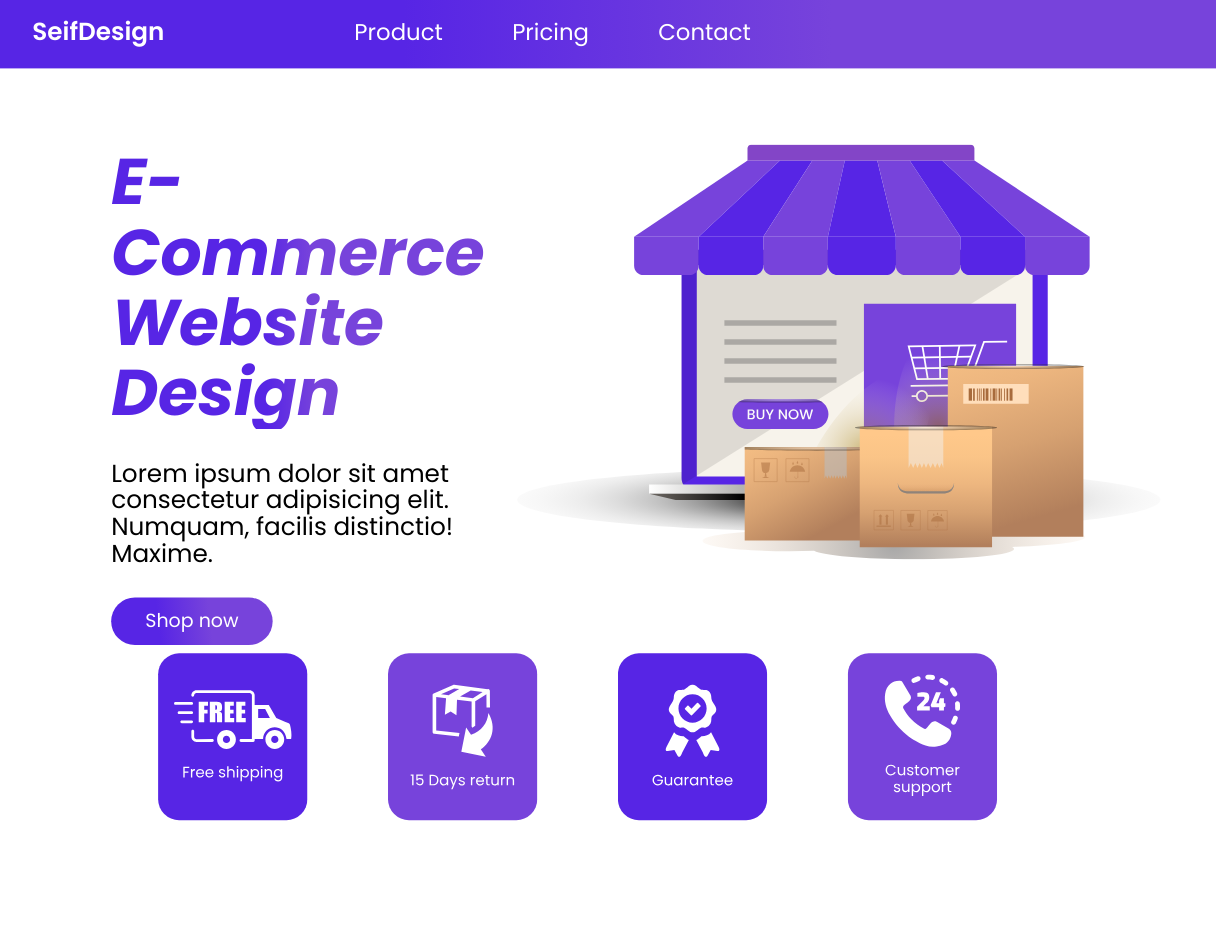
Repository: NatiqSamiyev/commers-desing-JS
Page: index.html
These files come from the project's save history. The page is drawn as it stood at one moment and after the next save; the edit follows.
The browser window is 1280 px wide. The pictures show the whole page, at 95% of full size.
Some web fonts or font styles are not loaded; a fallback is used.

Above is the page before, as saved 2023-11-06 11:36:43.

After the next save:
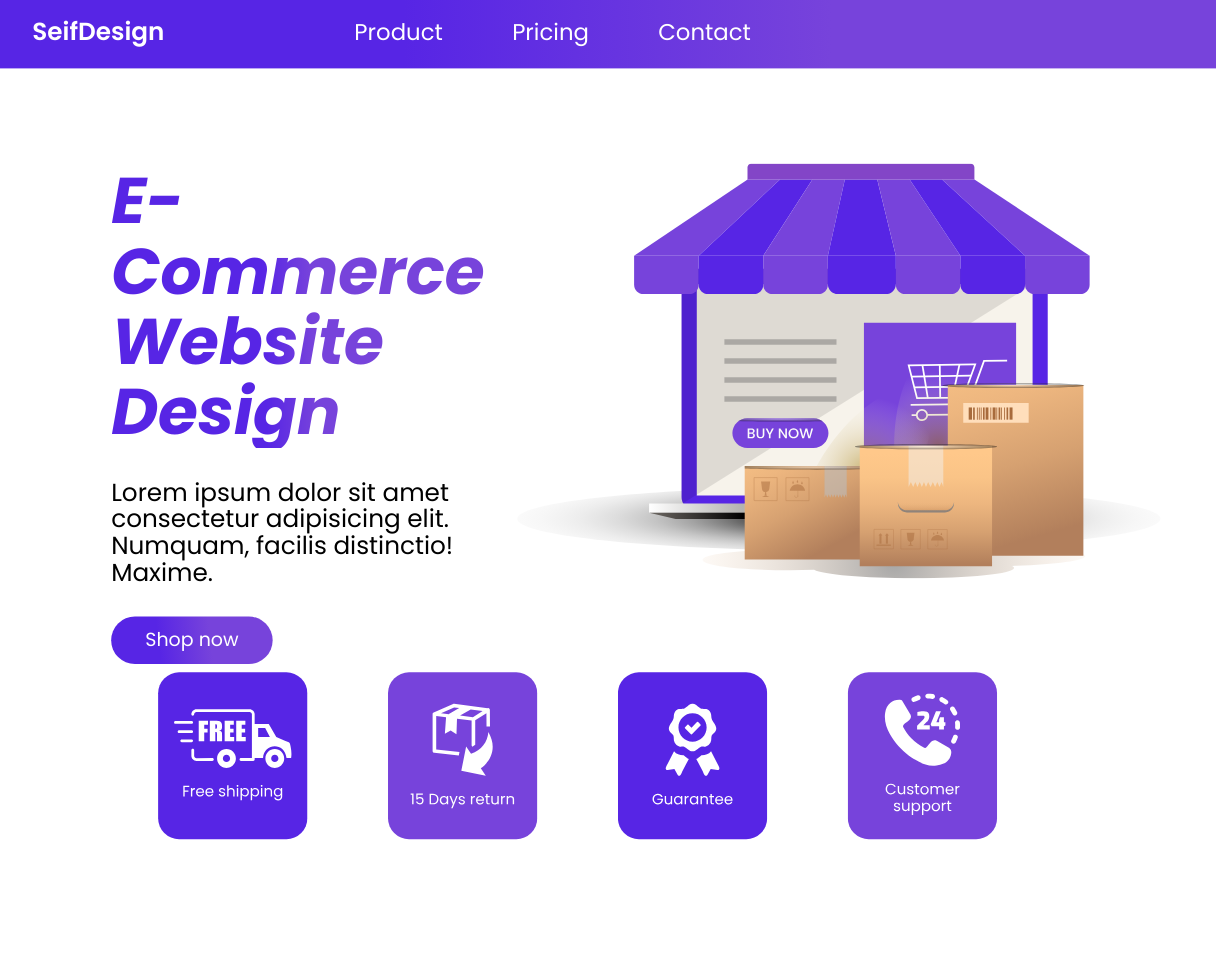
Saved 41 s later.
--- a/index.css
+++ b/index.css
@@ -59,7 +59,7 @@
 
 main {
   width: 100%;
-  padding: 80px 83px;
+  padding: 100px 83px;
 
 }
 main .image-container{
